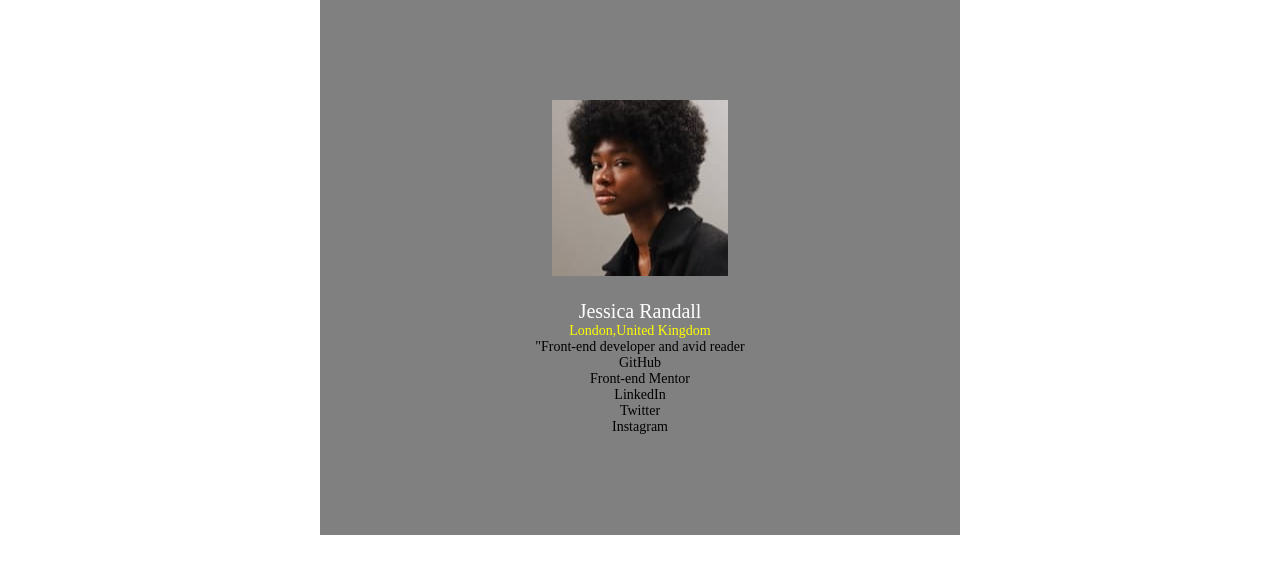
Repository: JosephAbatan05/Social-links-profile
Page: social-links-profile-main/index.html
An editor plug-in stored every save of this project. The page is shown before and after the next save, followed by the edit.
The browser window is 1280 px wide. The pictures show the whole page.

Above is the page before, as saved 2025-01-23 14:04:00.

### social-links-profile-main/index.html
<!DOCTYPE html>
<html lang="en">
<head>
  <meta charset="UTF-8">
  <meta name="viewport" content="width=device-width, initial-scale=1.0"> <!-- displays site properly based on user's device -->

  <link rel="icon" type="image/png" sizes="32x32" href="./assets/images/favicon-32x32.png">

  <title>Frontend Mentor | Social links profile</title>
<link rel="stylesheet" href="styles.css">

  <!-- Feel free to remove these styles or customise in your own stylesheet 👍 --<style>
    .attribution { font-size: 11px; text-align: center; }
    .attribution a { color: hsl(228, 45%, 44%); }
  </style>
</head>
<body>

  Jessica Randall
  London, United Kingdom
  "Front-end developer and avid reader."

  GitHub
  Frontend Mentor
  LinkedIn
  Twitter
  Instagram

  <div class="attribution">
    Challenge by <a href="https://www.frontendmentor.io?ref=challenge" target="_blank">Frontend Mentor</a>.
    Coded by <a href="#">Your Name Here</a>.
  </div>
-->

<div class="container">
  <img src="assets\images\avatar-jessica.jpeg" >

<div id="name">Jessica Randall</div>
<div class="description">London,United Kingdom</div>
<div class="about">"Front-end developer and avid reader</div>
<div class="fa-links-container">
  <div class="Github">GitHub</div>
  <div class="Frontend Mentor">Front-end Mentor</div>



  <div class="LinkedIn">LinkedIn</div>





  <div class="Frontend Mentor">Twitter</div>

  <div class="Instagramr">Instagram</div>

</div>


</div>

</body>
</html>

### social-links-profile-main/styles.css
body{
    margin:0;
    padding:0;
    box-sizing: border-box;
}
.container{
    text-align: center;
    margin: 0 auto;
    padding: 100px 0;
    font-size:14px;
    background-color: grey;
    max-width: 50%;
}
.img{
    border-radius:50%;

}
.container #name{
    color:white;
    margin-top: 20px;
    font-size:20px;
}
.container .description{
    color:yellow;
}

After the next save:
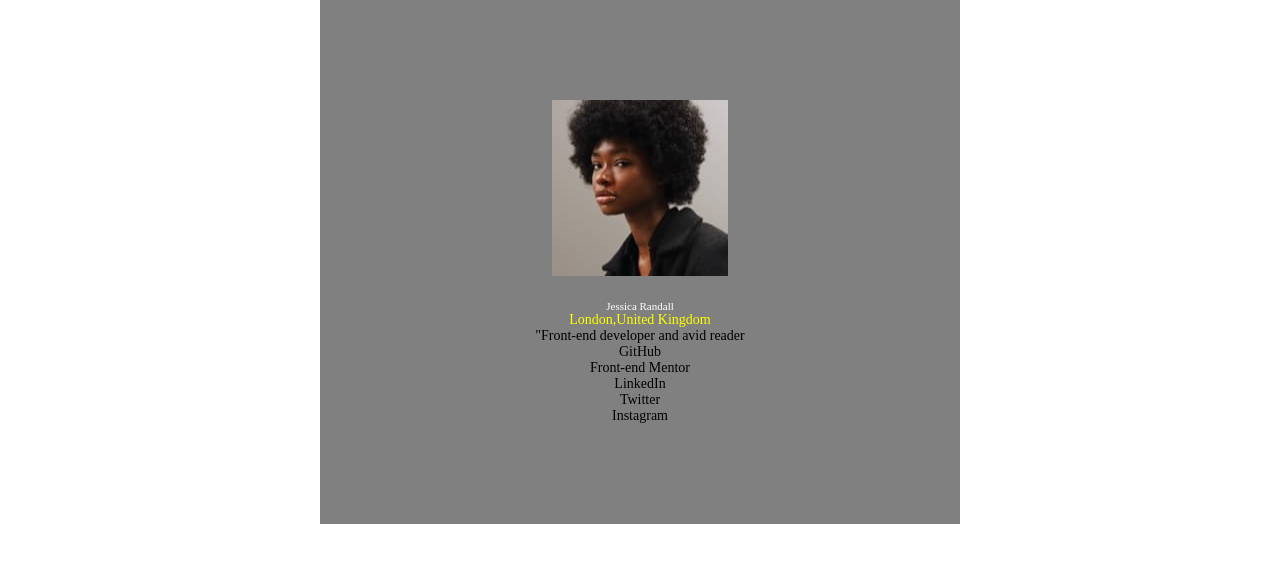
Saved 9 s later.
--- a/social-links-profile-main/styles.css
+++ b/social-links-profile-main/styles.css
@@ -18,7 +18,7 @@
 .container #name{
     color:white;
     margin-top: 20px;
-    font-size:20px;
+    font-size:11px;
 }
 .container .description{
     color:yellow;

After the save that followed:
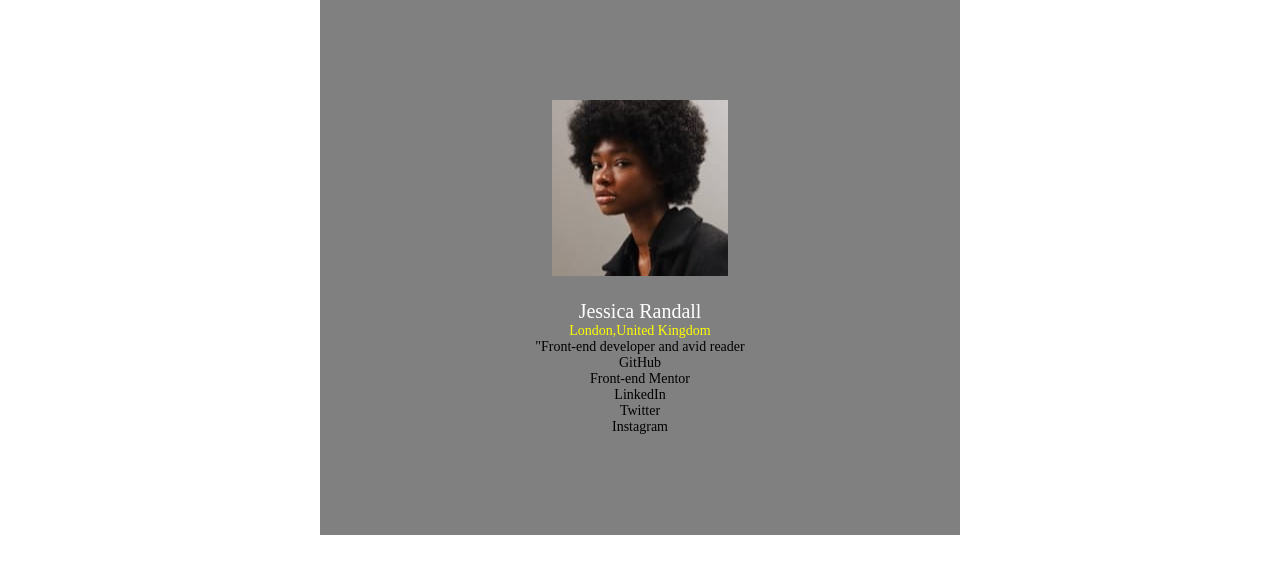
Saved 8 s later.
--- a/social-links-profile-main/styles.css
+++ b/social-links-profile-main/styles.css
@@ -18,7 +18,7 @@
 .container #name{
     color:white;
     margin-top: 20px;
-    font-size:11px;
+    font-size:20px;
 }
 .container .description{
     color:yellow;
